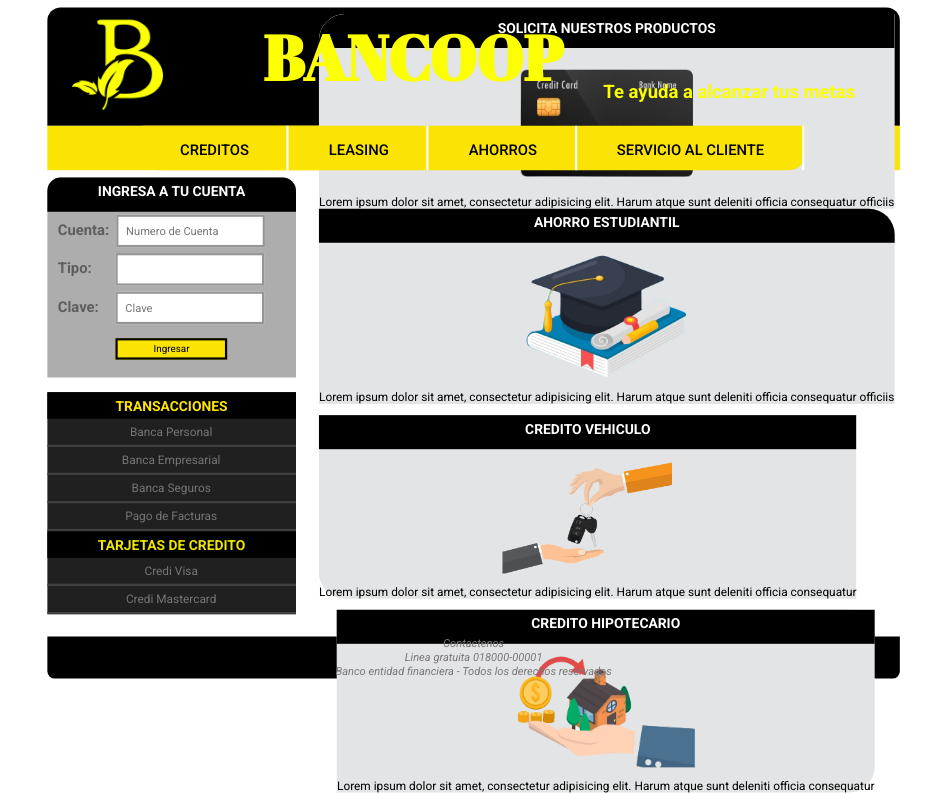
Repository: NickArregoces/BANCOOP
Page: Index.html
These files come from the project's save history. The page is drawn as it stood at one moment and after a run of saves; the edit follows.
The browser window is 1280 px wide. The pictures show the whole page, at 74% of full size.

Above is the page before, as saved 2021-10-15 10:45:38.

### Index.html
<!DOCTYPE html>
<html lang="en">
<head>
    <meta charset="UTF-8">
    <meta http-equiv="X-UA-Compatible" content="IE=edge">
    <meta name="viewport" content="width=device-width, initial-scale=1.0">
    <title>BANCOOP Home</title>
    <bgsound src="musica.mid"></bgsound>
    <link rel="stylesheet" href="/CSS/Style.css">
    <link href="https://fonts.googleapis.com/css2?family=Roboto:ital,wght@0,100;0,300;0,400;0,500;0,700;0,900;1,100;1,300;1,400;1,500;1,700;1,900&display=swap" rel="stylesheet">
    <link rel="preconnect" href="https://fonts.googleapis.com">
    <link rel="preconnect" href="https://fonts.gstatic.com" crossorigin>
    <link href="https://fonts.googleapis.com/css2?family=Abril+Fatface&display=swap" rel="stylesheet">

</head>
<body>
    <header>
            <div class="image">
                <img src="/Images/logo1.png" alt="logo">
            </div>
            <div class="title" >
                <h1>BANCOOP</h1>
                <h3>Te ayuda a alcanzar tus metas</h3>
            </div>

    </header>

    <nav class="barra"></nav>

            <div class="navegador">
                <ul class="menu">
                    <li><a href="/Creditos.html">Creditos</a></li>
                    <li><a href="/Leasing.html">leasing</a></li>
                    <li><a href="/Ahorros.html">Ahorros</a></li>
                    <li><a href="/Servicio.html">Servicio al cliente</a></li>
                </ul>
            </div>

        <div id="Contenido">
            <div class="section">
                <form action="" class="login">
                    <h3 style="color: rgb(255, 255, 255);">INGRESA A TU CUENTA</h3>
                        <div class="cuenta">
                            <h4>Cuenta:<input type="number" placeholder="Numero de Cuenta" required></h4>
                        </div>

                        <div class="tipo">
                            <h4>Tipo:<input type="text" required></h4>
                        </div>

                        <div class="clave">
                            <h4>Clave:<input type="password" placeholder="Clave" required></h4>
                        </div>

                    <div class="center">
                        <button class="sumbit"> Ingresar </button>
                    </div>

                </form>

                <article class="opciones">
                    <h3 style="color: rgb(255, 230, 0);">TRANSACCIONES</h3>
                    <li><a href="#">Banca Personal</a></li>
                    <li><a href="#">Banca Empresarial</a></li>
                    <li><a href="#">Banca Seguros</a></li>
                    <li><a href="#">Pago de Facturas</a></li>

                    <h3 style="color: rgb(238, 230, 0);">TARJETAS DE CREDITO</h3>
                    <li><a href="#">Credi Visa</a></li>
                    <li><a href="#">Credi Mastercard</a></li>
                </article>
            </div>

                <aside>
                    <div class="solicita">
                        <h3 style="color: rgb(255, 255, 255);">SOLICITA NUESTROS PRODUCTOS</h3>

                        <div id="Prueba">
                        <img id="Prubea" src="/Images/credit.png" alt="">
                        </div>

                        <p>Lorem ipsum dolor sit amet, consectetur adipisicing elit.
                            Harum atque sunt deleniti officia consequatur officiis</p>
                    </div>

                    <div class="ahorro">
                        <h3 style="color: rgb(255, 255, 255);">AHORRO ESTUDIANTIL</h3>

                        <div id="Prueba">
                        <img id="Prubea" src="/Images/Captura de pantalla 2021-10-04 181948.png" alt="">
                        </div>

                        <p>Lorem ipsum dolor sit amet, consectetur adipisicing elit.
                            Harum atque sunt deleniti officia consequatur officiis</p>
                    </div>

                    <div class="credito">
                        <h3 style="color: rgb(255, 255, 255);">CREDITO VEHICULO</h3>

                        <div id="Prueba">
                        <img id="Prubea" src="/Images/Captura de pantalla 2021-10-04 192824.png" alt="">
                        </div>

                        <p>Lorem ipsum dolor sit amet, consectetur adipisicing elit.
                            Harum atque sunt deleniti officia consequatur</p>
                    </div>
                    <div class="hipotecario">
                        <h3 style="color: rgb(255, 255, 255);">CREDITO HIPOTECARIO</h3>

                        <div id="Prueba">
                        <img id="Prubea" src="/Images/Wallpaper(80).jpg" alt="">
                        </div>

                        <p>Lorem ipsum dolor sit amet, consectetur adipisicing elit.
                            Harum atque sunt deleniti officia consequatur </p>
                    </div>
                </aside>



            <footer>
                    <p>Contactenos</p>
                    <p>Linea gratuita 018000-00001</p>
                    <p>Banco entidad financiera
                    - Todos los derechos reservados</p>
            </footer>

        </div>

</body>
</html>

### CSS/Style.css

*{
    margin: 0 auto;
    padding: 0;
    list-style:none;
    font-family: 'Roboto', sans-serif;
}
body{
    font-family: Arial, Helvetica, sans-serif;
    background: rgb(255, 255, 255);
    width: 90%;
    color: rgb(0, 0, 0);
}
header{
    display: flex;
    justify-content: space-around;
    padding: 10px 0px;
    margin-top: 10px;
    background:rgb(0, 0, 0);
    border-top-left-radius:  18px;
    border-top-right-radius:  18px;
    height: 120px;
}
    /*Logo*/
    .image img{
        float: left;
        width: 130px;
        cursor: pointer;
        /*margin-left: 330px;
        margin-top: 5px;*/
    }
    header .title h1{
        width: 400px;
        height: 90px;
        margin-left: 70px;
        font-family: 'Abril Fatface', cursive;
        font-size: 85px;
        text-align: center;
        color: rgb(251, 255, 0);
    }

    header .title h3{
        width: 400px;
        margin-left: 500px;
        font-size: 25px;
        text-align: center;
        color: rgb(251, 255, 0);
    }

nav.barra{
    background: rgb(0, 0, 0);
    height: 20px;
}
div.navegador{
    background: rgb(251, 227, 3);
    justify-content: space-around;
    align-items: center;
    display:flex
}
    ul.menu{
        border-bottom-left-radius: 20px 20px;
        border-bottom-right-radius: 20px 20px;
        background: rgb(251, 227, 3);
        height: 60px;
        list-style: none;
        padding: 0;
        max-width: 10000px;
    }
    .menu a{
        height: 20px;
        font-size: 20px;
        font-weight: 500;
        margin-right: 1px;
        text-transform: uppercase;
        text-decoration: none;
        color:black;
        padding: 20px;
        display: inline-block;
        transition: all 0.3s;
    }
    .menu li {
        border-right: solid white;
        display: inline-block;
        padding: 0px 30px;
        list-style: none;

        }
    .menu a:hover{
        background: #8d8405b6;
        color: white;
        border-radius: 10px;
        padding: 10px 18px;
        }

.section{
    width: 30%;
    float: left;
}
    /*Formulario Login*/
    form{
        background: rgb(173, 173, 173);
        border-top-left-radius: 18px;
        border-top-right-radius: 18px;
        margin-top: 10px;
        margin-right:10px;
        margin-bottom: 10px;
        height: 270px;
    }
        form h3{
            text-align: center;
            background: black;
            height: 30px;
            padding: 8px;
            border-top-left-radius: 18px;
            border-top-right-radius: 18px;
        }
        form h4{
            font-size: 20px;
            padding: 4px;
            margin-left: 10px;
            color: rgb(95, 93, 93);

        }
        form input{
            font-size: 15px;
            width: 55%;
            padding: 10px;
            display: inline;
            border: solid rgb(149, 149, 149);
            margin-left: 10px;
        }
        div.clave input {
            margin-left: 23px;
        }
        div.tipo input {
            margin-left: 32px;
        }
        div.center{
            margin-top: 10px;
            margin: auto;
            text-align: center;
            width: 50%;
            cursor: pointer;
        }
        button{
            margin-top: 15px;
            width: 90%;
            padding: 4px;
            background: rgb(251, 227, 3);
            border: solid black;
            cursor: pointer;
        }
        button:hover{
            background: #000000;
            color: rgb(251, 227, 3);
            border-radius: 8px;
        }
    /*Menu lateral*/
    article {
        height: 300px;
        background: rgb(32, 32, 32);
        margin-top: 20px;
        margin-right:10px;
        margin-bottom: 10px;
    }
        article h3{
            text-align: center;
            padding: 8px;
            height: 20px;
            background: black;
        }
        .opciones li a{
            font-size: 16px;
            margin-right: 1px;
            text-align: center;
            text-decoration: none;
            color:rgb(117, 117, 117);
            padding: 8px;
            display: inline-block;
        }
        .opciones li {
            border-bottom: solid rgba(68, 68, 68, 0.897);
            text-align: center;
            display:inline-flexbox;
            }
        .opciones li a:hover{
            background: #242323b6;
            color: rgb(251, 227, 3);
            padding: 10px;
            }

    /*Servicios*/
aside{
    width: 69%;
    height: 610px;
    margin-top: 10px;
    float: right;
    margin-bottom: 10px;
    display: flex;
    flex-flow: row wrap;
    align-content: center;
}
    div.solicita{
        border-top-left-radius: 35px;
        margin-left: 10px;
        background: #e3e4e5;
        text-align:center;
        overflow:hidden;
    }
    /*Centrado Imagenes aside*/
    #Prueba{
        display: flex;
        align-items: center;
        justify-content: center;
    }
        div.solicita img {
            width: 250px;
            margin-top: 15px;
            margin-bottom: 15px;
            cursor:pointer;
        }
        /*Efecto Imagenes aside*/
        div aside img:hover{
            -webkit-transform:scale(1.1);
            transform:scale(1.1);
        }
        div.solicita h3{
            text-align: center;
            background: black;
            height: 30px;
            padding: 8px;
            border-top-left-radius: 35px;
        }
        div.solicita p{
            display: inline-block;
            text-align: center;
        }

    div.ahorro {
        border-top-right-radius: 35px;
        margin-left: 10px;
        background: #e3e4e5;
    }
        div.ahorro img {
            width: 220px;
            margin-top: 15px;
            margin-bottom: 15px;
            cursor:pointer;
        }
        div.ahorro h3{
            text-align: center;
            background: black;
            height: 30px;
            padding: 8px;
            border-top-right-radius: 35px;
        }
        div.ahorro p{
            display: inline-block;
            text-align: center;
        }

    div.credito {
        margin-top: 15px;
        border-bottom-left-radius: 35px;
        margin-left: 10px;
        background: #e3e4e5;
    }
        div.credito img {
            width: 230px;
            margin-top: 15px;
            margin-bottom: 15px;
            cursor:pointer;
        }
        div.credito h3{
            text-align: center;
            background: black;
            height: 30px;
            padding: 8px;
        }
        div.credito p{
            display: inline-block;
            text-align: center;
        }

    div.hipotecario {
        border-top-right-radius: 35px;
        border-bottom-right-radius: 35px;
        margin-top: 15px;
        background: #e3e4e5;
        }
            div.hipotecario img {
                width: 240px;
                margin-top: 15px;
                margin-bottom: 15px;
                cursor:pointer;
            }
            div.hipotecario h3{
                text-align: center;
                background: black;
                height: 30px;
                padding: 8px;
            }
            div.hipotecario p{
                display: inline-block;
                text-align: center;
            }

    /*Pie de Pagina*/
footer{
    background: black;
    clear: both;
    border-bottom-left-radius: 10px;
    border-bottom-right-radius: 10px;
}
    footer p{
        font-size: 15px;
        text-align: center;
        line-height: 15px;
        color: rgb(121, 119, 119);
        font-style:italic;
        padding: 2px;
    }

After the next 5 saves:
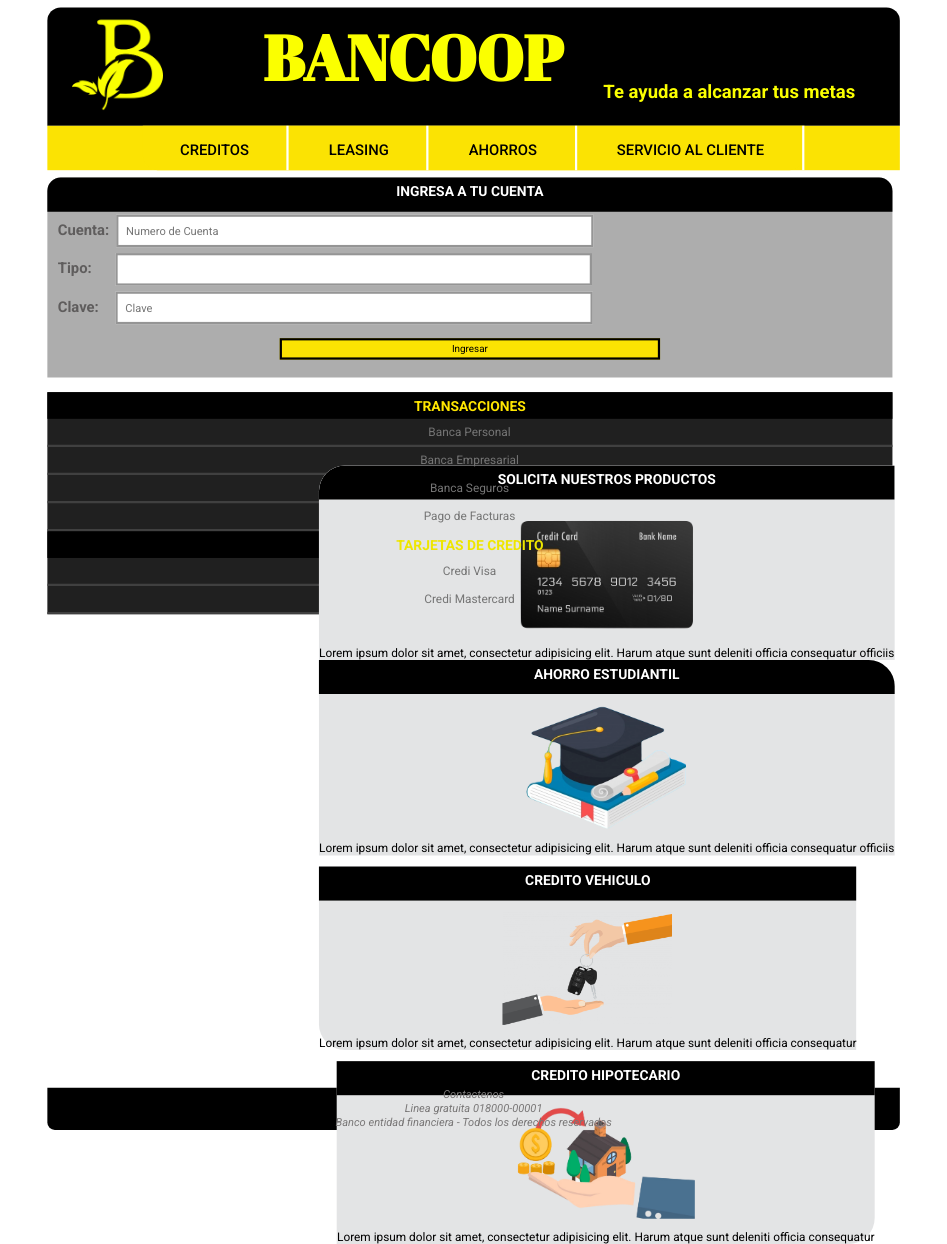
The 5 saves are shown as one change because they came seconds apart.
The last was saved 20 s later.
--- a/CSS/Style.css
+++ b/CSS/Style.css
@@ -91,7 +91,7 @@
         border-radius: 10px;
         padding: 10px 18px;
         }
-
+.Contenido
 .section{
     width: 30%;
     float: left;

After the 3 saves that followed:
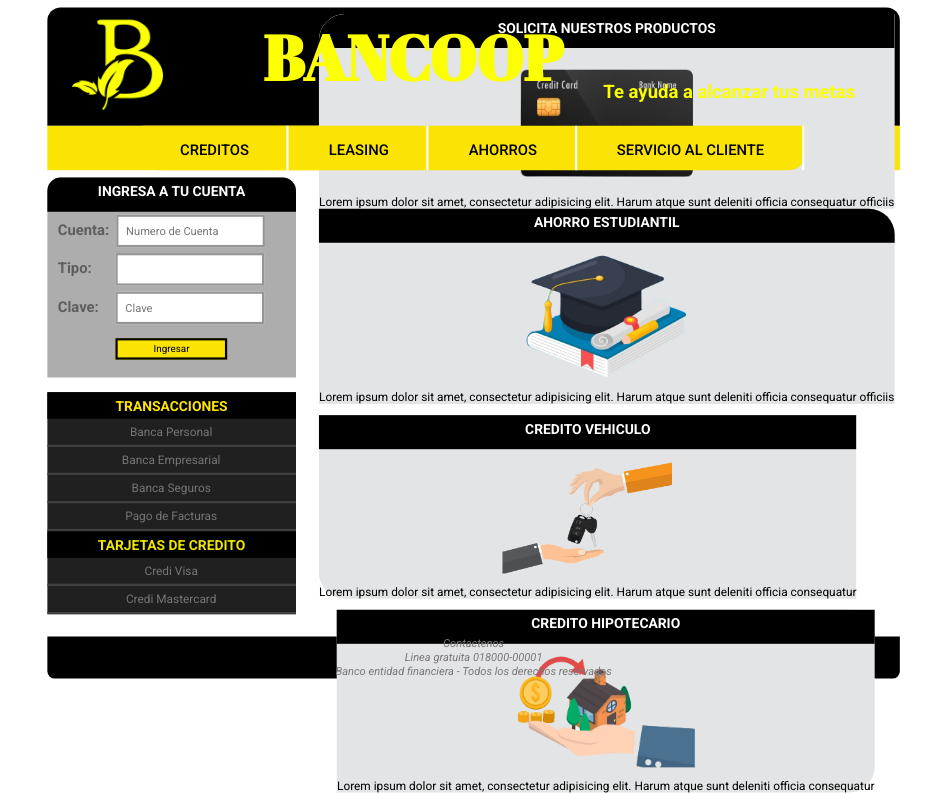
The 3 saves are shown as one change because they came seconds apart.
The last was saved 8 s later.
--- a/CSS/Style.css
+++ b/CSS/Style.css
@@ -91,7 +91,12 @@
         border-radius: 10px;
         padding: 10px 18px;
         }
-.Contenido
+
+.Contenido{
+    display: flex;
+    flex-flow: row wrap;
+}
+
 .section{
     width: 30%;
     float: left;
